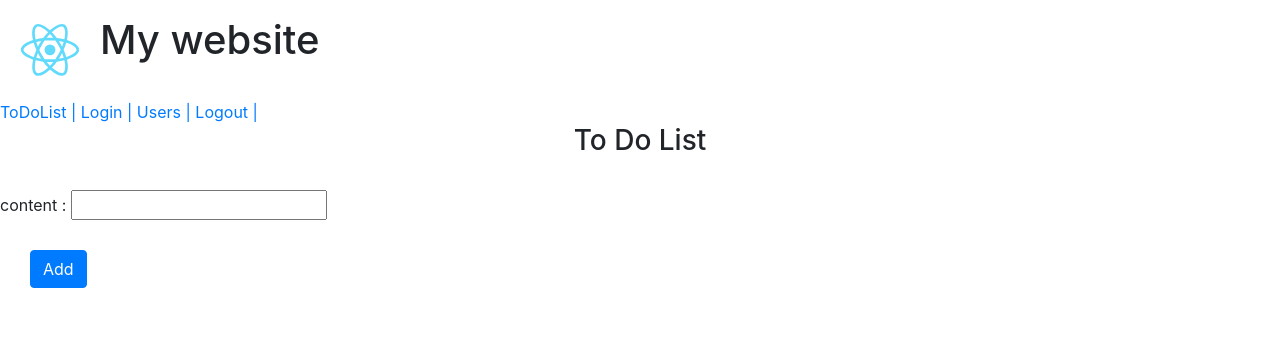
Repository: Marwa-Medhat/ReactJS-Labs
Page: /todolist (app in myapp/)
These files come from the project's save history. The page is drawn as it stood at one moment and after the next save; the edit follows.
The browser window is 1280 px wide. The pictures show the whole page.
The project was rebuilt for these pictures with package versions that can differ from the ones it lists, and the page was loaded fresh each time.

Above is the page before, as saved 2021-04-30 00:33:50.

### myapp/src/index.js
import React from 'react';
import ReactDOM from 'react-dom';
import './index.css';
// import App from './App';
import App from './main';
import reportWebVitals from './reportWebVitals';

ReactDOM.render(
    <App />,
  document.getElementById('root')
);

// If you want to start measuring performance in your app, pass a function
// to log results (for example: reportWebVitals(console.log))
// or send to an analytics endpoint. Learn more: https://bit.ly/CRA-vitals
reportWebVitals();

### myapp/src/index.css
body {
  margin: 0;
  font-family: -apple-system, BlinkMacSystemFont, "Segoe UI", "Roboto", "Oxygen",
    "Ubuntu", "Cantarell", "Fira Sans", "Droid Sans", "Helvetica Neue",
    sans-serif;
  -webkit-font-smoothing: antialiased;
  -moz-osx-font-smoothing: grayscale;
}

code {
  font-family: source-code-pro, Menlo, Monaco, Consolas, "Courier New",
    monospace;
}

.blackButton {
  background-color: black !important;
  color: white !important;
}

.whiteButton {
  background-color: white !important;
  color: black !important;
}

### myapp/src/main.js
import React from "react";
import logo from './logo.svg';

import {
  BrowserRouter as Router,
  Switch,
  Route,
  Link,
  useRouteMatch,
  useParams
} from "react-router-dom";

import {Header,Menu} from './Header2'
import Todo from './todo'

class App extends React.Component{
    constructor(){
        super();
        this.state = {
            items:[
            {
                text:"ToDoList",
                link:"/todolist"
            },
            {
                text:"Login",
                link:"/login"
            },
            {
                text:"Users",
                link:"/users"
            },
            {
                text:"Logout",
                link:"/Logout"
            },

        ]
    }
    }

    toggleActive=(text)=>{

        this.state.items.forEach((item)=>item.active=false);
        let item = this.state.items.find(x=>x.text==text);
        item.active = !item.active
        this.setState({items:this.state.items});
    }
    render(){
        return <Router>
            <Header title="My website" logo={logo} menu={this.state.items} toggleActive={this.toggleActive} />
            <Switch>
            <Route path="/Logout" >
                    <Login />
                </Route>

                <Route path="/users" >
                    <UserList />
                </Route>
                <Route path="/login" >
                    <Login />
                </Route>
                <Route path="/todolist" >
                    <Todo />
                </Route>
            </Switch>
        </Router>
    }
}







class UserList extends React.Component{

    constructor(){
        super();
        this.state={
            users:[],
            loading:false
        };
    }

    async componentDidMount(){
        this.setState({loading:true});
        setTimeout(async ()=>{


        let res= await fetch("https://reqres.in/api/users?page=2",{
            method:"GET",
            headers:{
                "content-type":"application/json"
            }
        });
        let resJson = await res.json();
        this.setState({users:resJson.data,loading: false});
    },5000)
    }

    render(){
        return <div>
            {!this.state.loading ? this.state.users.map((item)=>{
                return <UserView key={item.id}  user={item} />
            }): "Loading Users"}
        </div>
    }
}

class Login extends React.Component{

    constructor(){
        super();
        this.state={
            username:"",
            email:"",
            password:""
        }
    }

    setInputValue=(e)=>{
        this.setState({[e.target.name]:e.target.value});
    }

    login=async ()=>{
        let user = {
            email:this.state.email,
            password:this.state.password
        }
        let res= await fetch("https://reqres.in/api/login",{
            method:"POST",
            headers:{
                "content-type":"application/json"
            },
            body:JSON.stringify(user)
        });
        let resJson = await res.json();
        if(resJson.token){
            alert("Login success");
        }else{
            alert(resJson.error)
        }
    }

    render(){
        return <div>
            <h1>Login</h1>
            Username:<input type="text" value={this.state.username} onChange={this.setInputValue} name="username" /><br/>
            Password:<input type="password" value={this.state.password} onChange={this.setInputValue} name="password" /><br/>
            Email:<input type="email" value={this.state.email} onChange={(e)=>this.setState({email:e.target.value})} name="email" /><br/>
            <button onClick={this.login} className="btn btn-success" style={{ margin: 30,}}>Login</button>
        </div>
    }
}

class UserView extends React.Component{
    constructor(){
        super();

    }

    render(){
        return <div>
            <img src={this.props.user.avatar} style={{width:100,height:100}} /><br/>
            <span>{this.props.user.first_name} {this.props.user.last_name}</span>
            <div>Email : {this.props.user.email}</div>
        </div>
    }
}



export default App;

### myapp/src/Header2.js
import React from 'react';
import PropTypes from 'prop-types';
import {Link} from "react-router-dom";
class Header extends React.Component{

    render(){
        let h1Style={
            display:"inline-block"
        }

        return <div>
            <img style={{width:100,height:100}} src={this.props.logo} />
            <h1 style={h1Style} >{this.props.title}</h1>
            <Menu items={this.props.menu} toggleActive={this.props.toggleActive} />
        </div>
    }
}

Header.defaultProps ={
    title:"Website"
}

Header.propTypes = {
    title:PropTypes.string
}

class Menu extends React.Component{

    constructor(props){
        super();

    }

    render(){
        return <div>
            {this.props.items.map((item,i)=>{
                return <Link key={item.text} style={{backgroundColor:item.active?"green":"white"}} onClick={()=>this.props.toggleActive(item.text)} to={item.link} > {item.text} |</Link>
            })}
        </div>
    }
}

Menu.defaultProps={
    items:[]
}

export {Header,Menu};

### myapp/src/todo.js
// import React from 'react';
// import 'bootstrap/dist/css/bootstrap.min.css'
// import { ListGroup } from 'react-bootstrap';
// import 'font-awesome/css/font-awesome.min.css';
// import { Redirect } from 'react-router-dom';

// class Todo extends React.Component{

//     constructor(){
//         super();
//         this.state={
//             contents:[],
//             mark:false,
//         }
//     }
//     componentDidMount(){
//         if(localStorage["contents"]){
//         let contents = JSON.parse(localStorage["contents"])
//         this.setState({contents:contents})
//         }
//     }
//     saveToLocalStorage=()=>{
//         localStorage["contents"] = JSON.stringify(this.state.contents);
//     }

//     addContent=(content,index)=>{
//         console.log(content)
//         console.log(index)
//         this.state.contents.push(content);
//         this.setState({contents:this.state.contents});
//         this.saveToLocalStorage();
//     }
//     // deleteContent=(content)=>{
//     //     // const index1 = this.state.contents.indexOf(content);
//     //     // this.state.contents.map((content, index) => (
//     //         // console.log(content,index)
//     //         console.log(content)
//     //         // this.state.contents.splice(index, 1)
//     //     // ))
//     //     this.setState({contents:this.state.contents});
//     //     // console.log(content);
//     //     // console.log(this.state.contents)
//     //     // const array = this.state.contents;
//     //     // const index = array.indexOf(content);
//     //     // console.log(index)
//     //     // index=index+1;
//     //     // console.log(index)
//     //     // array.splice(index+1, 1);
//     //     // this.setState({
//     //     //     contents: array
//     //     // });
//     // }
//     // deleteContent=(index)=>{

//     //     // this.state.contents.map((content, index) => (
//     //     //             // console.log(content,index)
//     //     //             console.log(content)
//     //     //             // this.state.contents.splice(index, 1)
//     //     //         // ))
//     //     // console.log(index)
//     //     this.state.contents.splice(index, 1);
//     //     this.setState({contents:this.state.contents});
//     //     // this.saveToLocalStorage();
//     // }

//     markContent=(index)=>{
//         // // this.state.mark=1;
//         this.setState({mark: !this.state.mark})
//         // this.setState({contents:this.state.contents});
//         // this.saveToLocalStorage();
//     }




//     render(){
//         return <div>
//             <h3 style={{textAlign:"center",}}>To Do List</h3>
//             <div className="container center" >
//             <DisplayTasks contents={this.state.contents} state={this.state} mark={this.state.mark} markContent={this.markContent}/><br/>
//             </div>
//             <AddTask style={{textAlign:"center",}}addContent={this.addContent} />
//         </div>
//     }

// }


// class AddTask extends React.Component{

//     constructor(props){
//         super();
//         this.state={
//             content:"",

//         }
//     }

//     addContent=()=>{
//         let content = {
//             content:this.state.content,
//         }

//         this.props.addContent(content);
//     }


//     render(){
//         return <div>
//             content : <input type="text" value={this.state.content} onChange={(e)=>this.setState({content:e.target.value})} />
//            <br/> <button onClick={this.addContent} className="btn btn-primary " style={{ margin: 30,}}>Add</button>
//         </div>
//     }
// }


// class DisplayTasks extends React.Component{

//     constructor(props){
//             super();
//         }

//     render(){
//         return <div class="list-group ">
//             {this.props.contents.length > 0 ?this.props.contents.map((item,index)=>{
//                 return <DisplayTask state={this.props.state} contents={this.props.contents} index={index} content={item} key={item.content} mark={this.props.mark} markContent={this.props.markContent}  />
//             }):"Empty"}
//         </div>
//     }
// }

// DisplayTasks.defaultProps={
//     contents:[]
// }

// class DisplayTask extends React.Component{

//     constructor(props){
//         super();
//          this.todo = new Todo()

//     }
//     saveToLocalStorage=()=>{
//         localStorage["contents"] = JSON.stringify(this.props.contents);
//     }
//     deleteContent=()=>{

//         console.log(this.props.index)
//         console.log(this.props.contents)
//         this.props.contents.splice(this.props.index, 1);
//         // this.todo.setState({contents:this.props.contents});
//         this.saveToLocalStorage();
//     }
//     render(){
//         let btn_class = this.props.mark ? "blackButton" : "whiteButton";
//         return <div  className={" list-group-item list-group-item-action "+btn_class} >
//       <a style={{width:600 ,fontWeight:'bolder',marginRight:50,}}>{this.props.content.content}
//       <button  onClick={this.props.markContent} className="btn btn-success " style={{ marginLeft: 400,marginRight: 10 ,paddingRight:10}}><i className="fa fa-check "></i></button>
//       <button onClick={this.deleteContent}  className="btn btn-danger" ><i className="fa fa-times btn-danger" ></i></button></a>

//     </div>
//     }
// }
// export default Todo;

import React from 'react';
import 'bootstrap/dist/css/bootstrap.min.css'
import { ListGroup } from 'react-bootstrap';
import 'font-awesome/css/font-awesome.min.css';
import { Redirect } from 'react-router-dom';

class Todo extends React.Component{

    constructor(){
        super();
        this.state={
            contents:[],
            mark:false,
        }
    }
    componentDidMount(){
        if(localStorage["contents"]){
        let contents = JSON.parse(localStorage["contents"])
        this.setState({contents:contents})
        }
    }
    saveToLocalStorage=()=>{
        localStorage["contents"] = JSON.stringify(this.state.contents);
    }

    addContent=(content)=>{
        this.state.contents.push(content);
        this.setState({contents:this.state.contents});
        this.saveToLocalStorage();
    }
    // deleteContent=(content)=>{
    //     this.state.contents.pop(content);
    //     this.setState({contents:this.state.contents});
    //     this.saveToLocalStorage();
    // }
    deleteContent=(index)=>{

       console.log(index)
        this.state.contents.splice(index, 1);
        this.setState({contents:this.state.contents});
        this.saveToLocalStorage();
    }
    markContent=(index)=>{
        // // this.state.mark=1;
        this.setState({mark: !this.state.mark})
        // this.setState({contents:this.state.contents});
        // this.saveToLocalStorage();
    }




    render(){
        return <div>
            <h3 style={{textAlign:"center",}}>To Do List</h3>
            <div className="container center" >
            <DisplayTasks contents={this.state.contents} mark={this.state.mark} deleteContent={this.deleteContent} markContent={this.markContent}/><br/>
            </div>
            <AddTask style={{textAlign:"center",}}addContent={this.addContent} />
        </div>
    }

}


class AddTask extends React.Component{

    constructor(props){
        super();
        this.state={
            content:"",

        }
    }

    addContent=()=>{
        let content = {
            content:this.state.content,
        }

        this.props.addContent(content);
    }


    render(){
        return <div>
            content : <input type="text" value={this.state.content} onChange={(e)=>this.setState({content:e.target.value})} />
           <br/> <button onClick={this.addContent} className="btn btn-primary " style={{ margin: 30,}}>Add</button>
        </div>
    }
}


class DisplayTasks extends React.Component{

    constructor(props){
            super();
        }

    render(){
        let btn_class = this.props.mark ? "blackButton" : "whiteButton";
        return (<div class="list-group ">
            {this.props.contents.map((item,index)=>{
            <div className={" list-group-item list-group-item-action "+btn_class} style={{display: 'inline-block'}} >
       <a style={{width:600 ,fontWeight:'bolder',marginRight:50,}}>{item}
       <button  onClick={()=>{this.props.markContent(index)}} className="btn btn-success " style={{ marginLeft: 400,marginRight: 10 ,paddingRight:10}}><i className="fa fa-check "></i></button>
       <button onClick={()=>{this.props.deleteContent(index)}}  className="btn btn-danger" ><i className="fa fa-times btn-danger" ></i></button></a>
           </div> })}
        </div>);
    }
}

DisplayTasks.defaultProps={
    contents:[]
}

class DisplayTask extends React.Component{

    // <i className="fa fa-times danger" ></i>
//    style=
//     {
//         backgroundColor: "black",

//     }
    constructor(props){
        super();

    }
    // style={{backgroundColor: "lightblue"}}
    render(){
        return<div></div>
    //     let btn_class = this.props.mark ? "blackButton" : "whiteButton";
    //     return <div  className={" list-group-item list-group-item-action "+btn_class} style={{display: 'inline-block'}} >
    //   <a style={{width:600 ,fontWeight:'bolder',marginRight:50,}}>{this.props.content.content}
    //  </a>
    // </div>
    }
}
export default Todo;

Loaded but not shown: myapp/public/index.html (common file); myapp/src/reportWebVitals.js (common file)

After the next save:
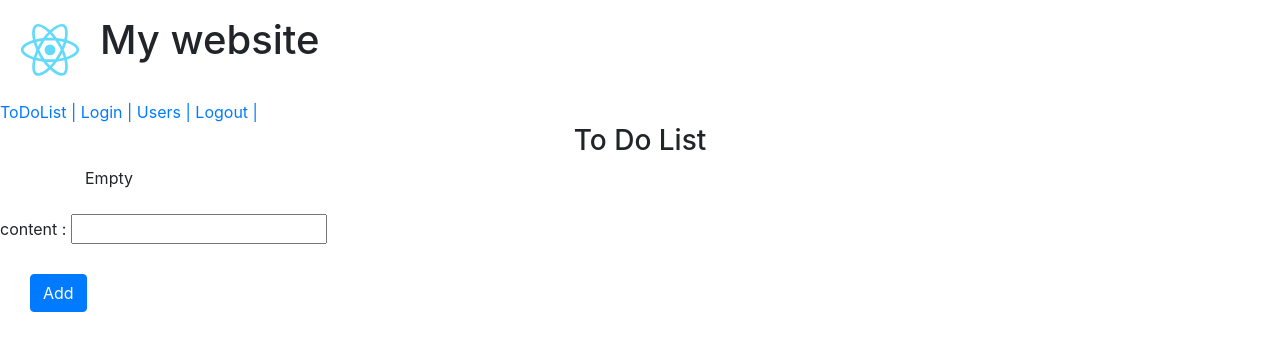
Saved 19 min 31 s later.
--- a/myapp/src/todo.js
+++ b/myapp/src/todo.js
@@ -263,15 +263,14 @@ class DisplayTasks extends React.Component{
         }
 
     render(){
-        let btn_class = this.props.mark ? "blackButton" : "whiteButton";
-        return (<div class="list-group ">
-            {this.props.contents.map((item,index)=>{
-            <div className={" list-group-item list-group-item-action "+btn_class} style={{display: 'inline-block'}} >
-       <a style={{width:600 ,fontWeight:'bolder',marginRight:50,}}>{item}
-       <button  onClick={()=>{this.props.markContent(index)}} className="btn btn-success " style={{ marginLeft: 400,marginRight: 10 ,paddingRight:10}}><i className="fa fa-check "></i></button>
-       <button onClick={()=>{this.props.deleteContent(index)}}  className="btn btn-danger" ><i className="fa fa-times btn-danger" ></i></button></a>
-           </div> })}
-        </div>);
+        return <div class="list-group ">
+            {this.props.contents.length > 0 ?this.props.contents.map((item,index)=>{
+                return <div style={{display: 'inline-block'}}>
+                    <DisplayTask  content={item} key={item.content} mark={this.props.mark} markContent={this.props.markContent} deleteContent={this.props.deleteContent} />
+                    <button  onClick={()=>{this.props.markContent(index)}} className="btn btn-success " style={{ marginLeft: 400,marginRight: 10 ,paddingRight:10}}><i className="fa fa-check "></i></button>
+                   <button onClick={()=>{this.props.deleteContent(index)}}  className="btn btn-danger" ><i className="fa fa-times btn-danger" ></i></button></div>
+            }):"Empty"}
+        </div>
     }
 }
 
@@ -293,12 +292,11 @@ class DisplayTask extends React.Component{
     }
     // style={{backgroundColor: "lightblue"}}
     render(){
-        return<div></div>
-    //     let btn_class = this.props.mark ? "blackButton" : "whiteButton";
-    //     return <div  className={" list-group-item list-group-item-action "+btn_class} style={{display: 'inline-block'}} >
-    //   <a style={{width:600 ,fontWeight:'bolder',marginRight:50,}}>{this.props.content.content}
-    //  </a>
-    // </div>
+        let btn_class = this.props.mark ? "blackButton" : "whiteButton";
+        return <div  className={" list-group-item list-group-item-action "+btn_class} style={{display: 'inline-block'}} >
+      <a style={{width:600 ,fontWeight:'bolder',marginRight:50,}}>{this.props.content.content}
+     </a>
+    </div>
     }
 }
 export default Todo;
